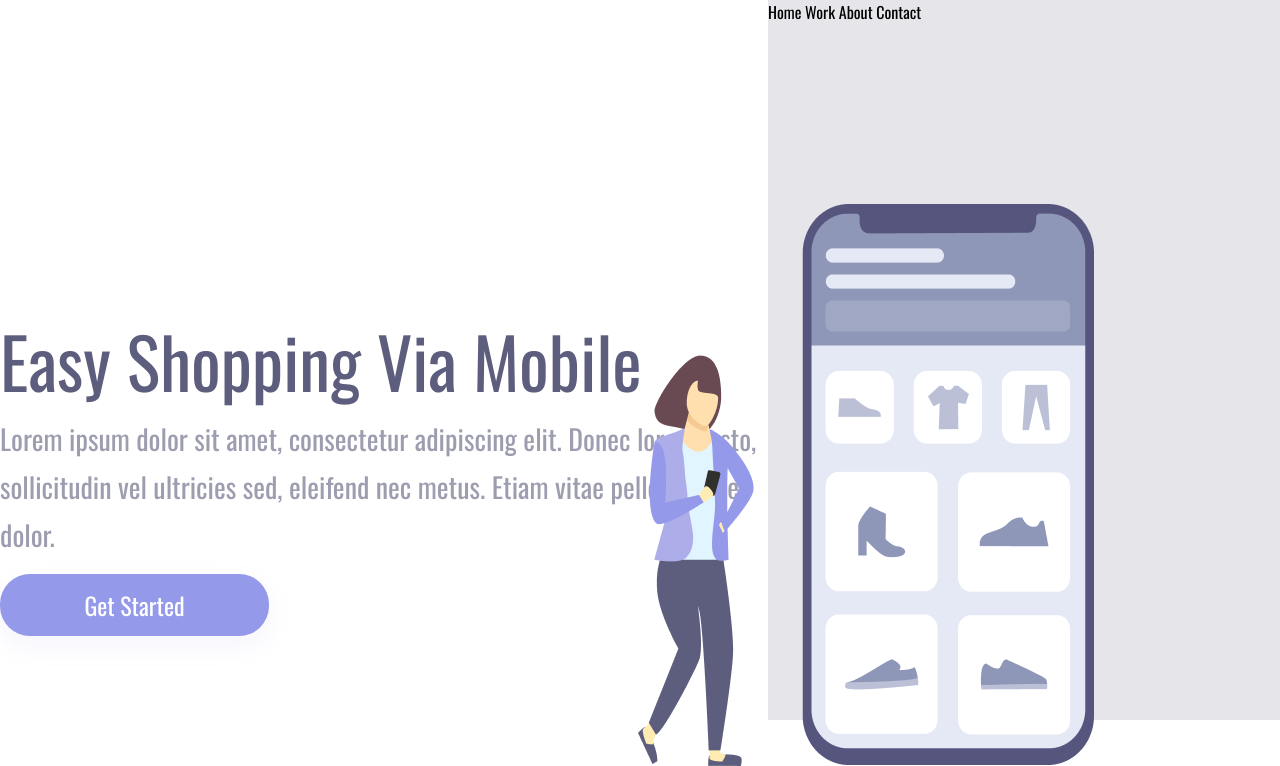
Repository: Leo-Marques-882/Projeto-Git-2
Page: index.html
An editor plug-in stored every save of this project. The page is shown before and after the next save, followed by the edit.
The browser window is 1280 px wide. The pictures show the whole page.

Above is the page before, as saved 2023-03-06 23:52:21.

### index.html
<!DOCTYPE html>
<html lang="pt_br">

<head>
    <meta charset="UTF-8">
    <meta http-equiv="X-UA-Compatible" content="IE=edge">
    <meta name="viewport" content="width=device-width, initial-scale=1.0">
    <link rel="stylesheet" href="styless.css">
    <link rel="preconnect" href="https://fonts.googleapis.com">
    <link rel="preconnect" href="https://fonts.gstatic.com" crossorigin>
    <link href="https://fonts.googleapis.com/css2?family=Oswald&display=swap" rel="stylesheet">

    <title>Projeto 1</title>
</head>

<body>
    <div class="wrapper">
        <section class="container-left">
            <h1>Easy Shopping Via Mobile</h1>
            <p>Lorem ipsum dolor sit amet, consectetur adipiscing
                elit. Donec lorem justo, sollicitudin vel ultricies sed,
                eleifend nec metus. Etiam vitae pellentesque dolor. </p>
            <button>Get Started</button>
        </section>
        <section class="container-right">
            <header>
                <a>Home</a>
                <a>Work</a>
                <a>About</a>
                <a>Contact</a>
            </header>
            <img src="./img/Illustration.png" alt="girl-cellphone">
        </section>
    </div>
</body>

</html>

### styless.css
* {
    margin: 0;
    padding: 0;
    box-sizing: border-box;
    font-family: 'Oswald', sans-serif;
}

.wapper {
    height: 100vh;
    ;
    width: 100vw;
}

.container-left {
    display: inline-block;
    width: 60%;
    margin-top: 25%;
}

h1 {
    font-weight: 400;
    font-size: 70px;
    line-height: 80px;
    color: #5D5D7D;
}

p {
    font-weight: 400;
    font-size: 28px;
    line-height: 48px;
    color: #5D5D7D;
    opacity: 0.6;
    margin: 15px 0;
}

button {
    width: 269px;
    height: 62px;
    background: #9499EA;
    box-shadow: 0px 10px 24px rgba(148, 153, 234, 0.0979959);
    font-weight: 400;
    font-size: 24px;
    line-height: 36px;
    text-align: center;
    color: #FFFFFF;
    border-radius: 30px;
    border: none;
    cursor: pointer;
}

button:hover {
    opacity: .8;
}

button:active {
    opacity: .5;
}

.container-right {
    display: inline-block;
    background-color: rgba(93, 93, 125, 0.16);
    height: 100vh;
    width: 40%;
    position: absolute;
}

img {
    position: relative;
    top: 25%;
    right: 130px;
}

After the next save:
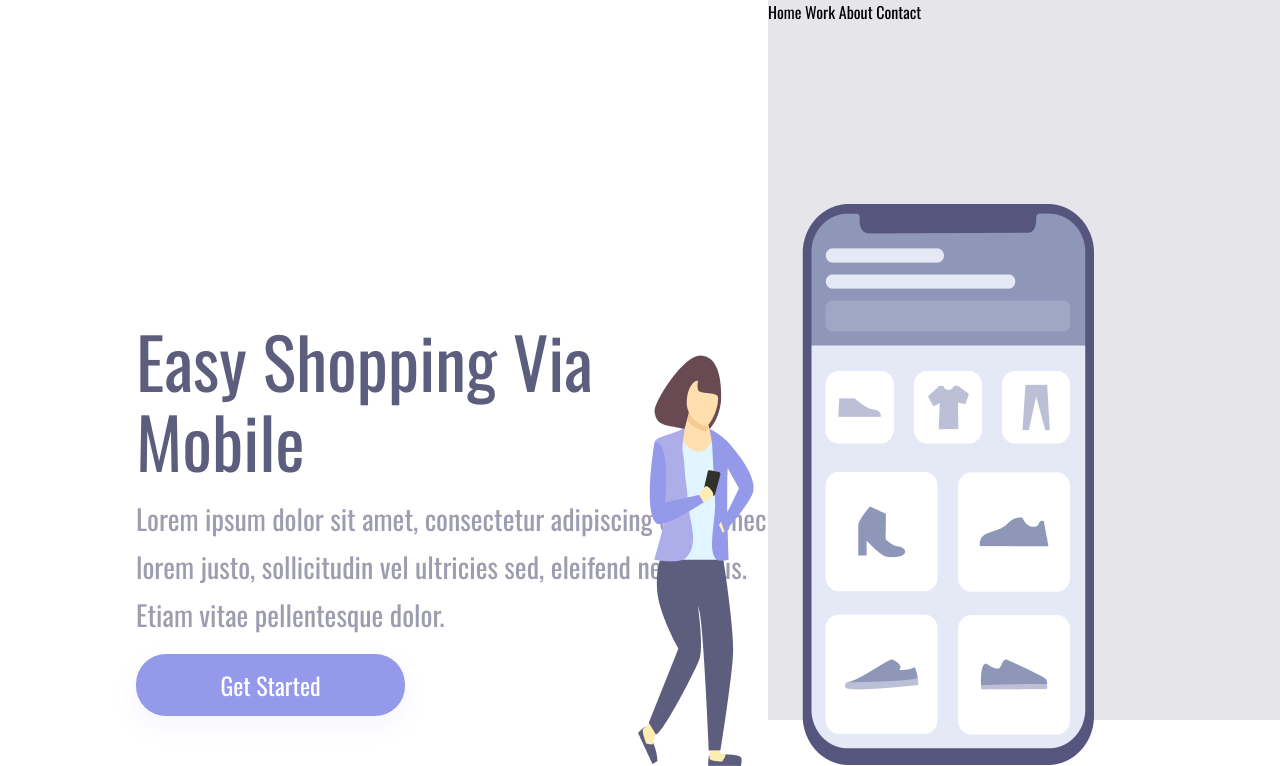
Saved 86 s later.
--- a/styless.css
+++ b/styless.css
@@ -15,6 +15,7 @@
     display: inline-block;
     width: 60%;
     margin-top: 25%;
+    padding-left: 136px;
 }
 
 h1 {
